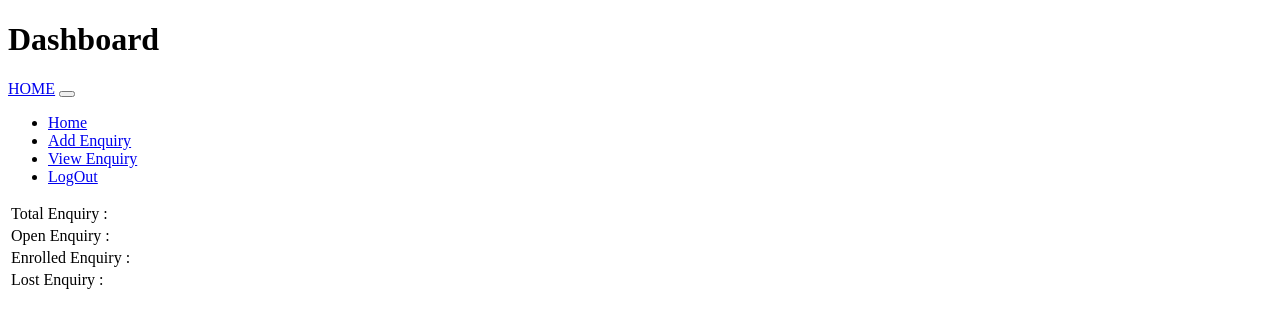
Repository: SitaSangita/Project
Page: http://localhost/dashboard
These files come from the project's save history. The page is drawn as it stood at one moment and after the next save; the edit follows.
The browser window is 1280 px wide. The pictures show the whole page.
The page is this project's Thymeleaf template; nobody is signed in. The template is opened directly, without the code that normally fills it, so the values that code supplies are empty.

Above is the page before, as saved 2025-01-02 12:44:48.

After the next save:
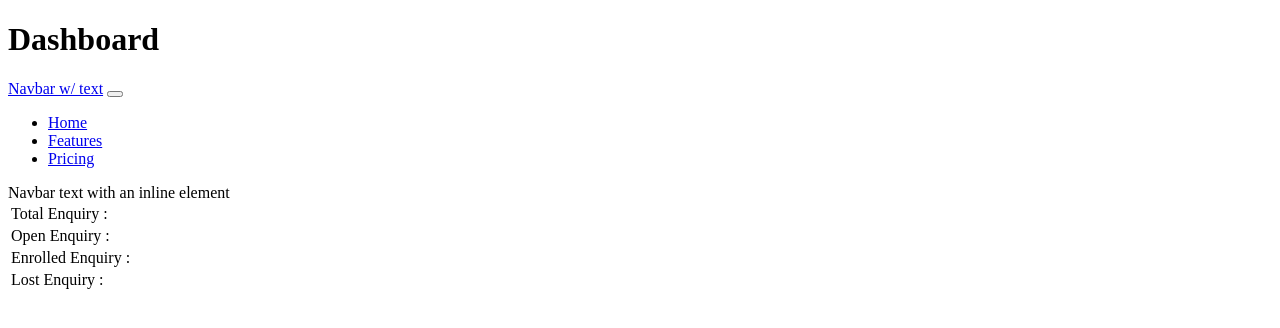
Saved 85 s later.
--- a/01_CounsellorProtal_MiniProject/src/main/resources/templates/dashboard.html
+++ b/01_CounsellorProtal_MiniProject/src/main/resources/templates/dashboard.html
@@ -12,30 +12,28 @@
 	<div class="container">
 		<h1>Dashboard</h1>
 		<nav class="navbar navbar-expand-lg bg-body-tertiary">
-			<div class="container-fluid">
-				<a class="navbar-brand" href="#">HOME</a>
-				<button class="navbar-toggler" type="button" data-bs-toggle="collapse" data-bs-target="#navbarNav"
-					aria-controls="navbarNav" aria-expanded="false" aria-label="Toggle navigation">
-					<span class="navbar-toggler-icon"></span>
-				</button>
-				<div class="collapse navbar-collapse" id="navbarNav">
-					<ul class="navbar-nav">
-						<li class="nav-item">
-							<a class="nav-link active" aria-current="page" href="#">Home</a>
-						</li>
-						<li class="nav-item">
-							<a class="nav-link" href="#">Add Enquiry</a>
-						</li>
-						<li class="nav-item">
-							<a class="nav-link" href="#">View Enquiry</a>
-						</li>
-						<li class="nav-item">
-							<a class="nav-link" href="#">LogOut</a>
-						</li>
-
-					</ul>
-				</div>
-			</div>
+		  <div class="container-fluid">
+		    <a class="navbar-brand" href="#">Navbar w/ text</a>
+		    <button class="navbar-toggler" type="button" data-bs-toggle="collapse" data-bs-target="#navbarText" aria-controls="navbarText" aria-expanded="false" aria-label="Toggle navigation">
+		      <span class="navbar-toggler-icon"></span>
+		    </button>
+		    <div class="collapse navbar-collapse" id="navbarText">
+		      <ul class="navbar-nav me-auto mb-2 mb-lg-0">
+		        <li class="nav-item">
+		          <a class="nav-link active" aria-current="page" href="#">Home</a>
+		        </li>
+		        <li class="nav-item">
+		          <a class="nav-link" href="#">Features</a>
+		        </li>
+		        <li class="nav-item">
+		          <a class="nav-link" href="#">Pricing</a>
+		        </li>
+		      </ul>
+		      <span class="navbar-text">
+		        Navbar text with an inline element
+		      </span>
+		    </div>
+		  </div>
 		</nav>
 
 		<table>
